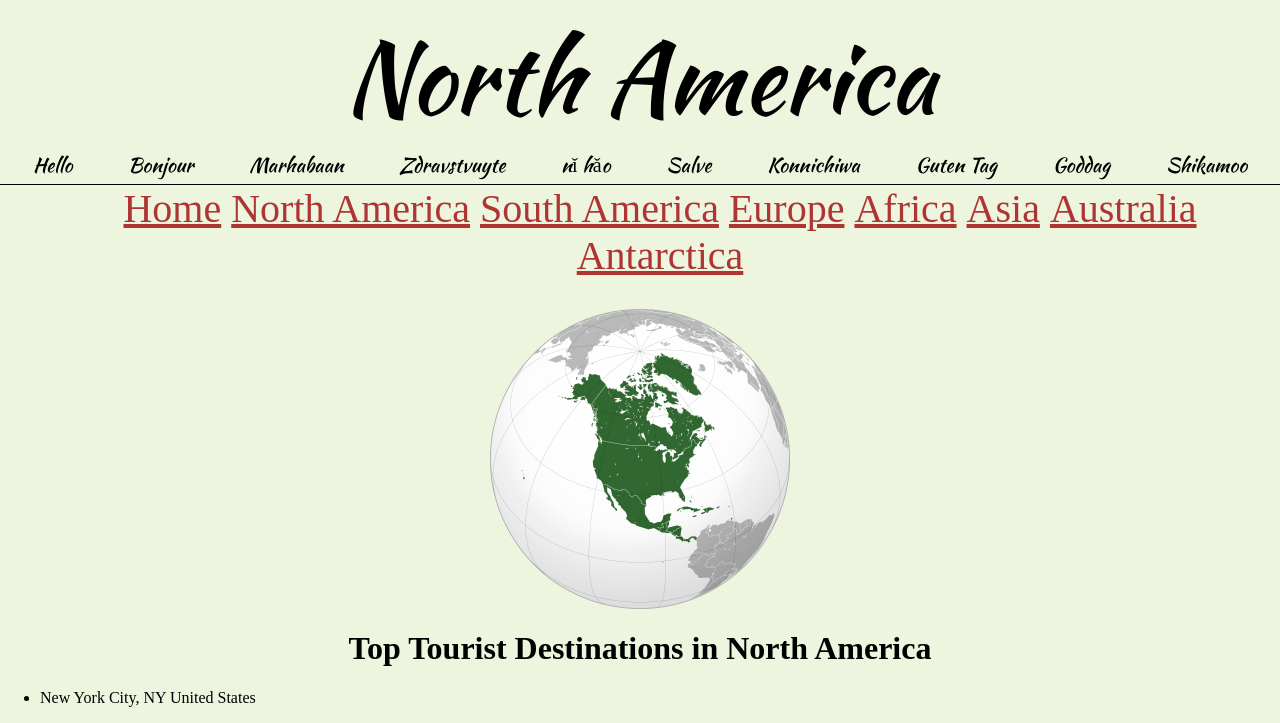
Repository: alharama/StaticWebsite
Page: na_page.html
The author's editor kept a copy of each file at every save. The page is drawn from the files as they stood at one save, then again after the next save.
The browser window is 1280 px wide. The pictures show the whole page.

Above is the page before, as saved 2021-09-29 17:48:58.

After the next save:
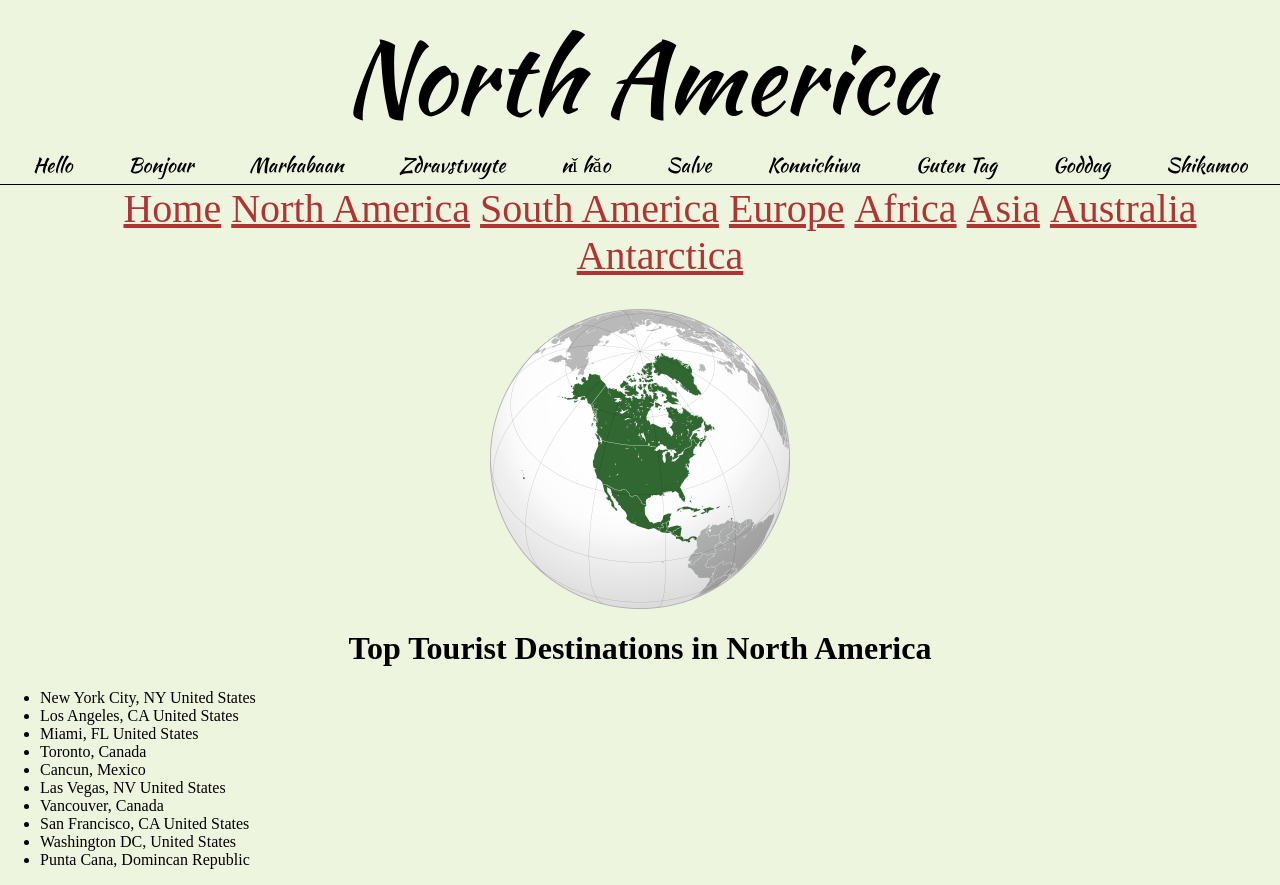
Saved 50 min 6 s later.
--- a/na_page.html
+++ b/na_page.html
@@ -118,6 +118,15 @@
 
         <ul>
             <li> New York City, NY United States</li>
+            <li> Los Angeles, CA United States</li>
+            <li> Miami, FL United States</li>
+            <li> Toronto, Canada</li>
+            <li> Cancun, Mexico</li>
+            <li> Las Vegas, NV United States</li>
+            <li> Vancouver, Canada</li>
+            <li> San Francisco, CA United States</li>
+            <li> Washington DC, United States</li>
+            <li> Punta Cana, Domincan Republic</li>
 
         </ul>
 
